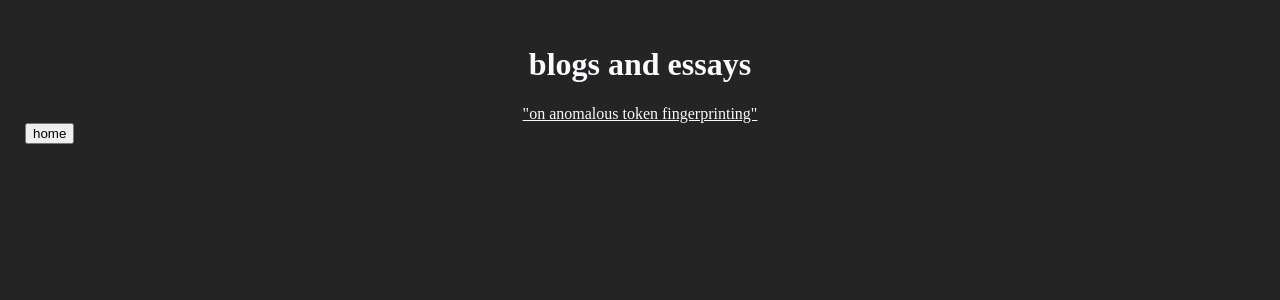
Repository: yellowspots/geneweb
Page: blogsandessays.html
These files come from the project's save history. The page is drawn as it stood at one moment and after the next save; the edit follows.
The browser window is 1280 px wide. The pictures show the whole page.

Above is the page before, as saved 2024-05-02 23:44:45.

After the next save:
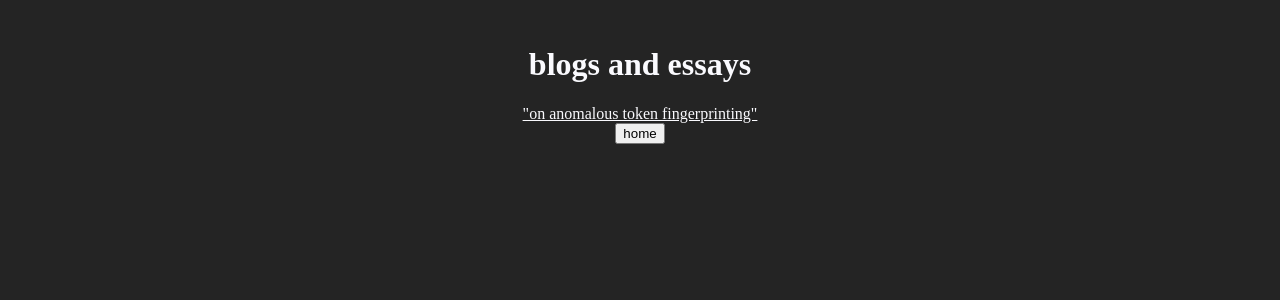
Saved 13 s later.
--- a/styles.css
+++ b/styles.css
@@ -38,6 +38,7 @@
 }
 
 .nav-button {
+    cursor
     display: flex;
     flex-wrap: nowrap;
     overflow-x: auto;

After the 4 saves that followed:
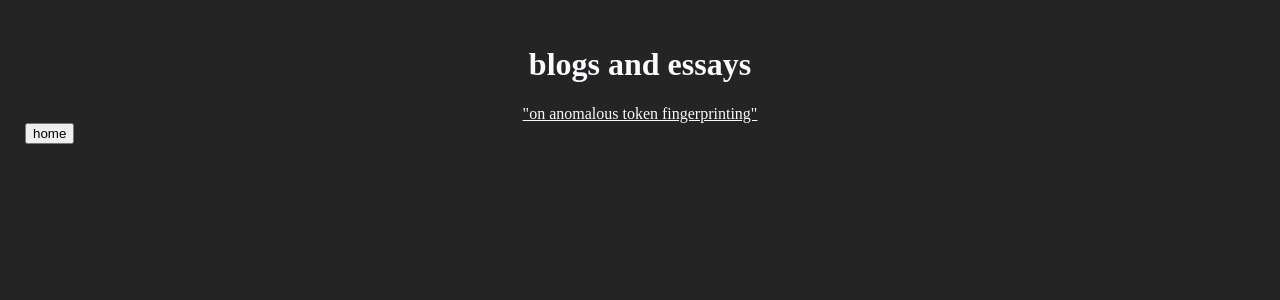
The 4 saves are shown as one change because 1 left the picture as it was and some came seconds apart.
The last was saved 23 s later.
--- a/styles.css
+++ b/styles.css
@@ -38,7 +38,7 @@
 }
 
 .nav-button {
-    cursor
+    cursor: finger;
     display: flex;
     flex-wrap: nowrap;
     overflow-x: auto;
